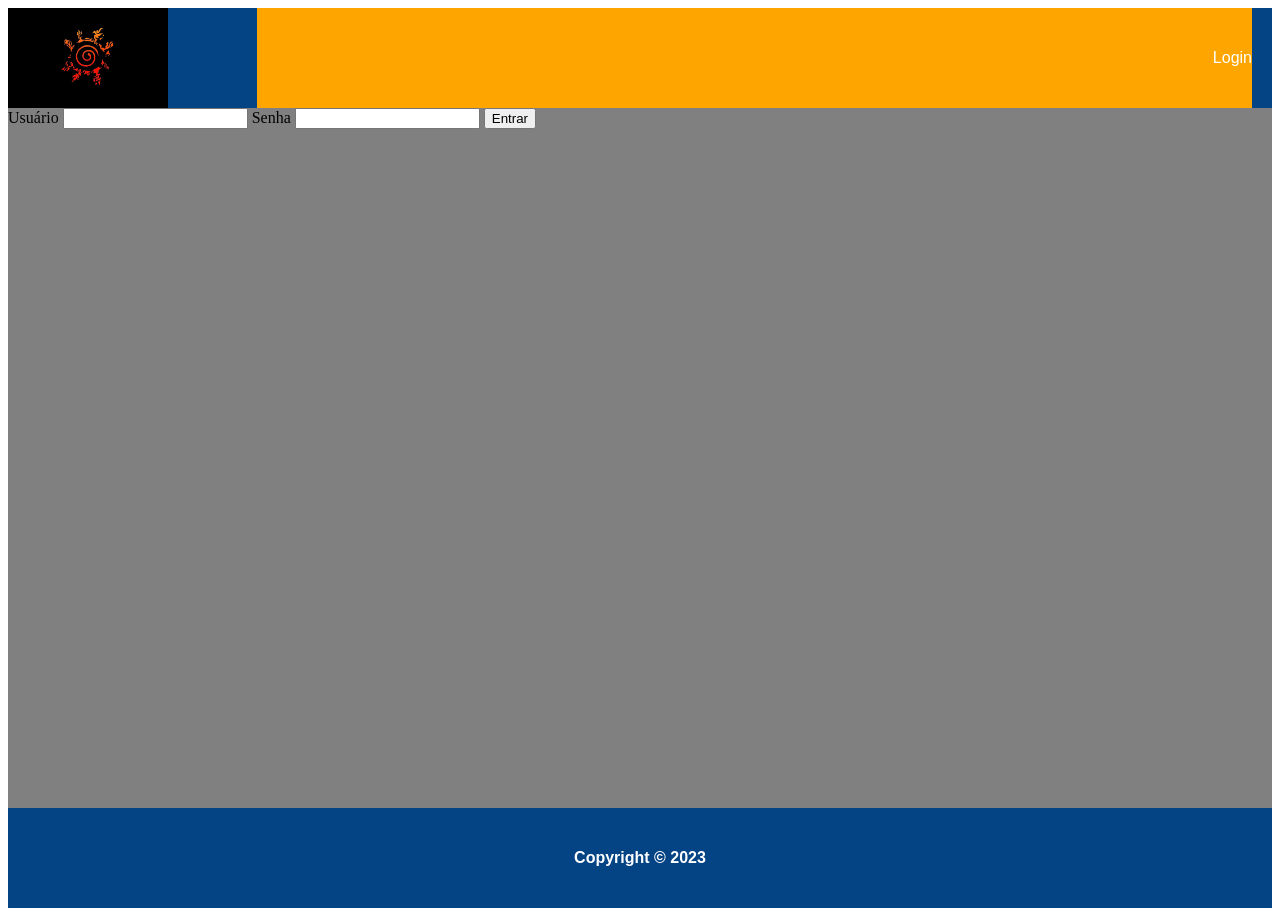
Repository: Jvmferreira/projeto-final-
Page: http://localhost/FinalWeb/
The author's editor kept a copy of each file at every save. The page is drawn from the files as they stood at one save, then again after the next save.
The browser window is 1280 px wide. The pictures show the whole page.
The page is served by Tomcat 9. Other server files are loaded and not shown.

Above is the page before, as saved 2023-04-10 11:14:30.

### FinalWeb/src/main/webapp/index.jsp
<!DOCTYPE html>
<html>
	<head>
		<meta charset="ISO-8859-1">
		<title>Projeto Final - Web + Banco de Dados</title>

		<link href="css/estilo.css" rel="stylesheet">
	</head>
	<body>
		<div id="pagina">
			<div id="barra">
				<div id="logo"><img src="images/logo de anime.png" height="100px"></div>
				<div id="menu">Login</div>
			</div>
			<div id="conteudo">
				<form method="post" action="LoginServlet">
					<label>Usuário</label>
					<input type="text" id="txtUsuario" name="txtUsuario"/>
					<label>Senha</label>
					<input type="password" id="txtSenha" name="txtSenha"/>
					<input type="submit" value="Entrar">
				</form>
			</div>
			<div id="rodape">Copyright &copy 2023</div>
		</div>
	</body>
</html>

### FinalWeb/src/main/webapp/css/estilo.css

#pagina {
	background-color: white;
}

#barra {
	display: flex;
	width: 100%;
	background-color: #044384;
}

#logo {
	display: flex;
	width: 20%;
}

#menu {
	display: flex;
	width: 80%;
	background-color: orange;
	color: white;
	font-family: Arial;
	align-items: center;
	justify-content: right;
	margin-right: 20px;
}

#conteudo {
	display: flex;
	height: 700px;
	background-color: gray;
}

#rodape {
	display: flex;
	height: 100px;
	background-color: #044384;
	color: white;
	justify-content: center;
	font-family: Arial;
	font-weight: bold;
	align-items: center;
}

After the next save:
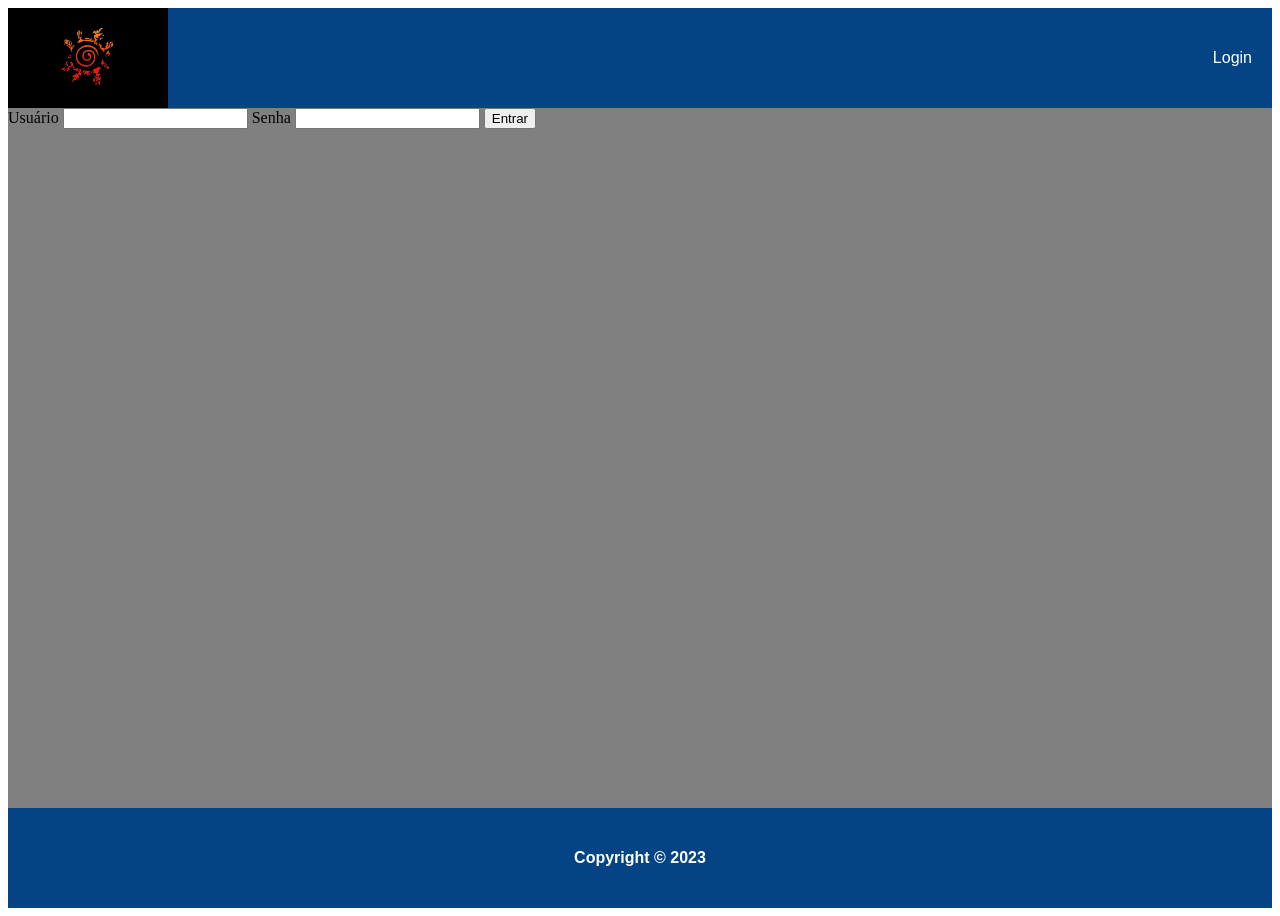
Saved 38 s later.
--- a/FinalWeb/src/main/webapp/css/estilo.css
+++ b/FinalWeb/src/main/webapp/css/estilo.css
@@ -17,7 +17,7 @@
 #menu {
 	display: flex;
 	width: 80%;
-	background-color: orange;
+	background-color: #044384;
 	color: white;
 	font-family: Arial;
 	align-items: center;
